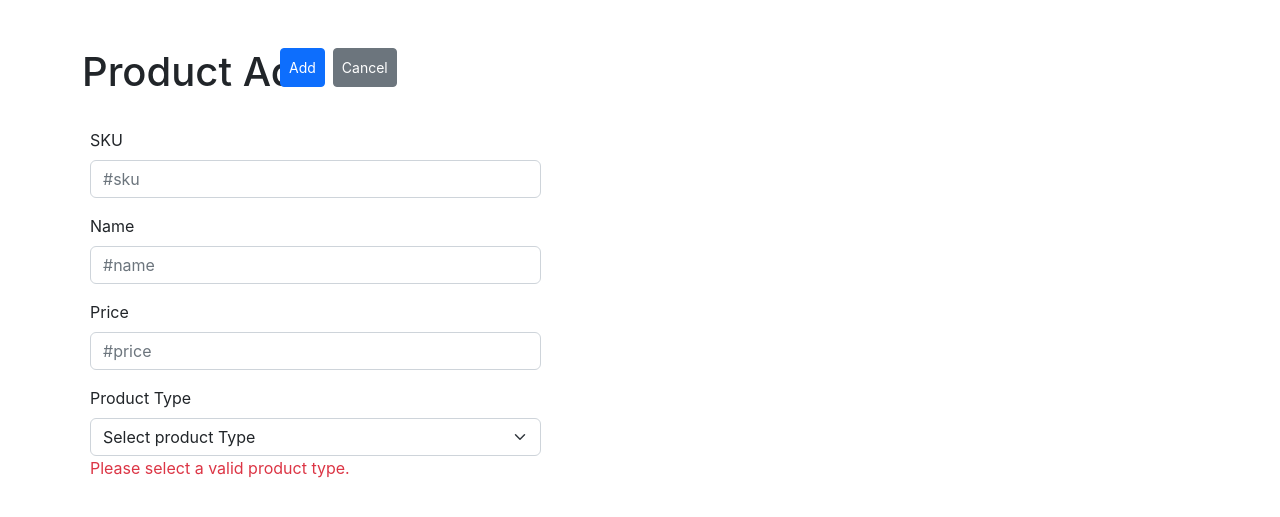
Repository: MagdyAbouelnasr/scandiweb_project
Page: /addproduct
An editor plug-in stored every save of this project. The page is shown before and after a run of saves, followed by the edit.
The browser window is 1280 px wide. The pictures show the whole page.
The project was rebuilt for these pictures with package versions that can differ from the ones it lists, and the page was loaded fresh each time. Also part of the build but not shown: src/App.css, src/components/Product/Product-style.scss, src/components/Product/Product.css, src/components/Pages/ProductList.jsx, src/components/ProductAdd/Book.component.jsx, src/components/ProductAdd/DVD.component.jsx, src/components/ProductAdd/Furniture.component.jsx, src/App.jsx.

Above is the page before, as saved 2023-05-09 01:20:10.

### public/index.html
<!DOCTYPE html>
<html lang="en">
  <head>
    <meta charset="utf-8" />
    <link rel="icon" href="%PUBLIC_URL%/favicon.ico" />
    <meta name="viewport" content="width=device-width, initial-scale=1" />
    <meta name="theme-color" content="#000000" />
    <meta
      name="description"
      content="Web site created using create-react-app"
    />
    <link rel="apple-touch-icon" href="%PUBLIC_URL%/logo192.png" />
    <!--
      manifest.json provides metadata used when your web app is installed on a
      user's mobile device or desktop. See https://developers.google.com/web/fundamentals/web-app-manifest/
    -->
    <link rel="manifest" href="%PUBLIC_URL%/manifest.json" />
    <!--
      Notice the use of %PUBLIC_URL% in the tags above.
      It will be replaced with the URL of the `public` folder during the build.
      Only files inside the `public` folder can be referenced from the HTML.

      Unlike "/favicon.ico" or "favicon.ico", "%PUBLIC_URL%/favicon.ico" will
      work correctly both with client-side routing and a non-root public URL.
      Learn how to configure a non-root public URL by running `npm run build`.
    -->
    <title>React App</title>
    <link
  rel="stylesheet"
  href="https://cdn.jsdelivr.net/npm/bootstrap@5.2.3/dist/css/bootstrap.min.css"
  integrity="sha384-rbsA2VBKQhggwzxH7pPCaAqO46MgnOM80zW1RWuH61DGLwZJEdK2Kadq2F9CUG65"
  crossorigin="anonymous"
/>
  </head>
  <body>
    <noscript>You need to enable JavaScript to run this app.</noscript>
    <div id="root"></div>
    <!--
      This HTML file is a template.
      If you open it directly in the browser, you will see an empty page.

      You can add webfonts, meta tags, or analytics to this file.
      The build step will place the bundled scripts into the <body> tag.

      To begin the development, run `npm start` or `yarn start`.
      To create a production bundle, use `npm run build` or `yarn build`.
    -->
  </body>
</html>

### src/index.js
import React from 'react';
import ReactDOM from 'react-dom/client';
import './index.scss';
import App from './App';
import {
  createBrowserRouter,
  RouterProvider,

} from "react-router-dom";
import ProductAdd from './components/Pages/ProductAdd';


const router = createBrowserRouter([
  {
    path: "/",
    element: <App />,
  },
  {
    path: "addproduct",
    element: <ProductAdd />,
  },
]);

const root = ReactDOM.createRoot(document.getElementById('root'));
root.render(
  <RouterProvider router={router} />
);

### src/index.scss
$background-default: #D5D5D5;


body {
  margin: 0;
  font-family: -apple-system, BlinkMacSystemFont, 'Segoe UI', 'Roboto', 'Oxygen',
    'Ubuntu', 'Cantarell', 'Fira Sans', 'Droid Sans', 'Helvetica Neue',
    sans-serif;
  -webkit-font-smoothing: antialiased;
  -moz-osx-font-smoothing: grayscale;
}

code {
  font-family: source-code-pro, Menlo, Monaco, Consolas, 'Courier New',
    monospace;
}

.fade-in {
  opacity: 0;
  transition: opacity 0.3s ease-in-out;
  &.fade-in-active {
    opacity: 1;
  }
}

### src/components/Pages/ProductAdd.jsx
// import { useNavigate } from 'react-router-dom';
// import { useState } from 'react';
// import Form from 'react-bootstrap/Form';
// import SelectProductType from '../ProductAdd/Selectcmp';
// import Button from 'react-bootstrap/Button';
// import axios from 'axios';

// function ProductAdd() {
//   const navigate = useNavigate();

//   const  [inputs , setInputs] = useState({});

//   const handleChange = (e) => {
//     const name = e.target.name;
//     const value = e.target.value;
//     setInputs(values => ({values, [name]: value}))
//   }
//   const handleSubmit = (e) => {
//     e.preventDefault();
//     axios.post('http://localhost:8000/addproduct', inputs).then((response)=>{
//       console.log(response.data);
//       navigate('/');
//     });

//     // console.log(inputs)
//   }



//   return (
//     <Form id="product_form" onSubmit={handleSubmit}>
//     <div className="container mt-5">
//       <div className="row">
//       <h1 className="page-header text-header col-md-8 text-start ">Product Add</h1>
//       <div className='col-4 float-end'>
//         <Button  type="submit" className='p-2 ms-2' variant="primary" size="sm">
//           Add
//         </Button>
//         <Button onClick={()=> navigate(-1)}  className='p-2 ms-2' variant="secondary" size="sm">
//           Cancel
//         </Button>
//       </div>
//       </div>
//     <br/>
//     <div className="row">

//     <div className="col-md-5 mx-2">
//       <Form.Group className="mb-3 mx-left" id="productInputSKU">
//         <Form.Label>SKU</Form.Label>
//         <Form.Control type="text" name="sku" placeholder="#sku" onChange={handleChange} />
//       </Form.Group>
//       <Form.Group className="mb-3" id="productInputName">
//         <Form.Label>Name</Form.Label>
//         <Form.Control type="text" name="name" placeholder="#name" onChange={handleChange} />
//       </Form.Group>
//       <Form.Group className="mb-3" id="productInputPrice">
//         <Form.Label>Price</Form.Label>
//         <Form.Control type="number" name="price" placeholder="#price" onChange={handleChange} />
//       </Form.Group>
//       <Form.Group className="mb-3" id="ProductType">
//       <Form.Label>Product Type</Form.Label>
//         <SelectProductType/>
//       </Form.Group>
//     </div>
//     </div>
//     </div>
//     </Form>
//   );
// }

// export default ProductAdd;
import { useNavigate } from 'react-router-dom';
import { useState } from 'react';
import Form from 'react-bootstrap/Form';
import SelectProductType from '../ProductAdd/Selectcmp';
import Button from 'react-bootstrap/Button';
import axios from 'axios';

function ProductAdd() {
  const navigate = useNavigate();

  const [inputs, setInputs] = useState({});
  const [errors, setErrors] = useState({});

  const handleChange = (e) => {
    console.log(e.target.value);
    console.log(e.target.name);
    const name = e.target.name;
    const value = e.target.value;

    setInputs((values) => ({ ...values, [name]: value }));
    validate()
    };

    // const handleRecievedData = (e) =>{
    //   const name = e.target.name;
    //   const value = e.target.value;
    //   setInputs((values) => ({ ...values, [name]: value }));
    //   console.log(e.name, e.value);
    // }

  // Form validation function
  const validate = () => {
    let newErrors = {};
    if (!inputs.sku) newErrors.sku = 'SKU is required';
    if (inputs.sku && inputs.sku.length > 9) newErrors.sku = 'SKU must be at most 9 characters';
    if (!inputs.name) newErrors.name = 'Name is required';
    if (inputs.price === undefined || inputs.price === '') newErrors.price = 'Price is required';
    if (inputs.price < 0) newErrors.price = 'Price cannot be negative';
    if (!inputs.product_attribute_value) newErrors.ProductType = 'please select a ProductType and provide a value';
    setErrors(newErrors);
    return Object.keys(newErrors).length === 0;
  };

  const handleSubmit = (e) => {
    e.preventDefault();
    if (validate()) {
      axios.post('http://localhost:8000/addproduct', inputs).then((response) => {
        console.log(response.data);
        navigate('/');
      });
    }
  };

  return (
    <Form id="product_form" onSubmit={handleSubmit}>
      <div className="container  mt-5">
        <div className="row position-relative">
          <h1 className="page-header text-header col-md-8 text-start ">Product Add</h1>
          <div className="col-4 float-end position-absolute end-50">
            <Button type="submit" className="p-2 ms-2" variant="primary" size="sm">
              Add
            </Button>
            <Button
              onClick={() => navigate(-1)}
              className="p-2 ms-2"
              variant="secondary"
              size="sm"
            >
              Cancel
            </Button>
          </div>
        </div>
        <br />
        <div className="row">
          <div className="col-md-5 mx-2">
            <Form.Group className="mb-3 mx-left" id="productInputSKU">
              <Form.Label>SKU</Form.Label>
              <Form.Control
                type="text"
                name="sku"
                maxLength="9"
                placeholder="#sku"
                onChange={handleChange}
                required
              />
              {errors.sku && <Form.Text className="text-danger">{errors.sku}</Form.Text>}
            </Form.Group>
            <Form.Group className="mb-3" id="productInputName">
              <Form.Label>Name</Form.Label>
              <Form.Control
                type="text"
                name="name"
                placeholder="#name"
                onChange={handleChange}
                required
              />
              {errors.name && <Form.Text className="text-danger">{errors.name}</Form.Text>}
            </Form.Group>
            <Form.Group className="mb-3" id="productInputPrice">
              <Form.Label>Price</Form.Label>
              <Form.Control
                type="number"
                name="price"
                step="0.01"
                min="0"
                placeholder="#price"
                onChange={handleChange}
                required
              />
              {errors.price && <Form.Text className="text-danger">{errors.price}</Form.Text>}
            </Form.Group>
            <Form.Group className="mb-3" id="ProductType">
              <Form.Label>Product Type</Form.Label>
              <SelectProductType onChange={handleChange}
                required
                name="ProductType"/>
              {errors.ProductType && <Form.Text className="text-danger">{errors.ProductType}</Form.Text>}

            </Form.Group >
          </div>
        </div>
      </div>
    </Form>
  );
}

export default ProductAdd;

### src/components/ProductAdd/Selectcmp.jsx
import React, { useState, useEffect } from "react";
import Form from "react-bootstrap/Form";
import BookComponent from "./Book.component";
import DVDComponent from "./DVD.component";
import FurnitureComponent from "./Furniture.component";

const SelectProductType = (props) => {


  const [type, setType] = useState("selectProductType");
  const [DVDVisible, setDVDVisibility] = useState(false);
  const [bookVisible, setBookVisibility] = useState(false);
  const [FurnitureVisible, setFurnitureVisibility] = useState(false);
  const [isValid, setIsValid] = useState(false);

  const getData = (e) => {
    props.onChange(e);
  };

  useEffect(() => {
    if (["DVD", "Book", "Furniture"].includes(type)) {
      setIsValid(true);
    } else {
      setIsValid(false);
    }
    setDVDVisibility(type === "DVD");
    setBookVisibility(type === "Book");
    setFurnitureVisibility(type === "Furniture");
  }, [type]);

  const handleOnChange = (e) => {
    setType(e.target.value);
    props.onChange(e);
  };

  const [weightData, setWeightData] = useState({});

  const handleWeightChange = (data) => {
    // setWeightData(data);
    // console.log(weightData, 'weight data');
    getData(data);
  };

  return (
    <>
      <Form.Group className="mb-3" id="productInputName">
        <Form.Select
          aria-label="select product type"
          value={type}
          onChange={handleOnChange}
          required
          name="product_type"
        >
          <option value="selectProductType">Select product Type</option>
          <option value="DVD">DVD</option>
          <option value="Book">Book</option>
          <option value="Furniture">Furniture</option>
        </Form.Select>
        {!isValid && (
          <p className="text-danger">
            Please select a valid product type.
          </p>
        )}
        <div>
          {bookVisible && <BookComponent onWeightChange={handleWeightChange} onChange={getData}/>}
          {DVDVisible && <DVDComponent />}
          {FurnitureVisible && <FurnitureComponent />}
        </div>
      </Form.Group>
    </>
  );
};

export default SelectProductType;

### src/components/Product/Product.jsx
import './Product-style.scss';
import './Product.css';
import * as React from 'react';
import Box from '@mui/material/Box';
import Card from '@mui/material/Card';
import CardActions from '@mui/material/CardActions';
import CardContent from '@mui/material/CardContent';
import Typography from '@mui/material/Typography';
import IconButton from '@mui/material/IconButton';
import CropSquareIcon from '@mui/icons-material/CropSquare';
import { useState } from 'react';


const bull = (
  <Box
  component="span"
  sx={{ display: 'inline-block', mx: '2px', transform: 'scale(0.8)' }}
  >
    •
  </Box>
);


const ProductCard = ({ id, sku, name, price, product_attribute, typeValue, selectedProducts }) => {
  const selectedProduct = () => {
    selectedProducts(id)
   }
  return (
    <>
      <CardContent>
        <CardActions>
          <IconButton aria-label="select to delete" className="delete-checkbox" onClick={selectedProduct}>
            <CropSquareIcon />
          </IconButton>
        </CardActions>
        <Typography sx={{ fontSize: 14 }} color="text.secondary" gutterBottom>
          SKU: {sku}
        </Typography>
        {bull}
        <Typography wrap="true" sx={{}} variant="h5" component="div" >
          {name}
        </Typography>
        {bull}
        <Typography sx={{ mb: 1.5 }} color="text.secondary">
          Price: {price}$
        </Typography>
        {bull}
        <Typography variant="body2">
          {product_attribute}: {typeValue} {console.log(product_attribute)}
        </Typography>
      </CardContent>
    </>
  );
};

const Product = ({ product , selectedProducts}) => {

  const selectedProductsDelete = (data) => {
    selectedProducts(data);
  }
// console.log(selectedProducts);
  return (
    <Box sx={{m:2, minWidth: 270, maxWidth: 270 }}>
      <Card variant="outlined">
        <ProductCard selectedProducts={selectedProductsDelete} id={product.id} sku={product.sku} name={product.name} price={product.price} product_attribute={product.product_attribute} typeValue={product.product_attribute_value} />
      </Card>
    </Box>
  );
};

export default Product;

After the next 2 saves:
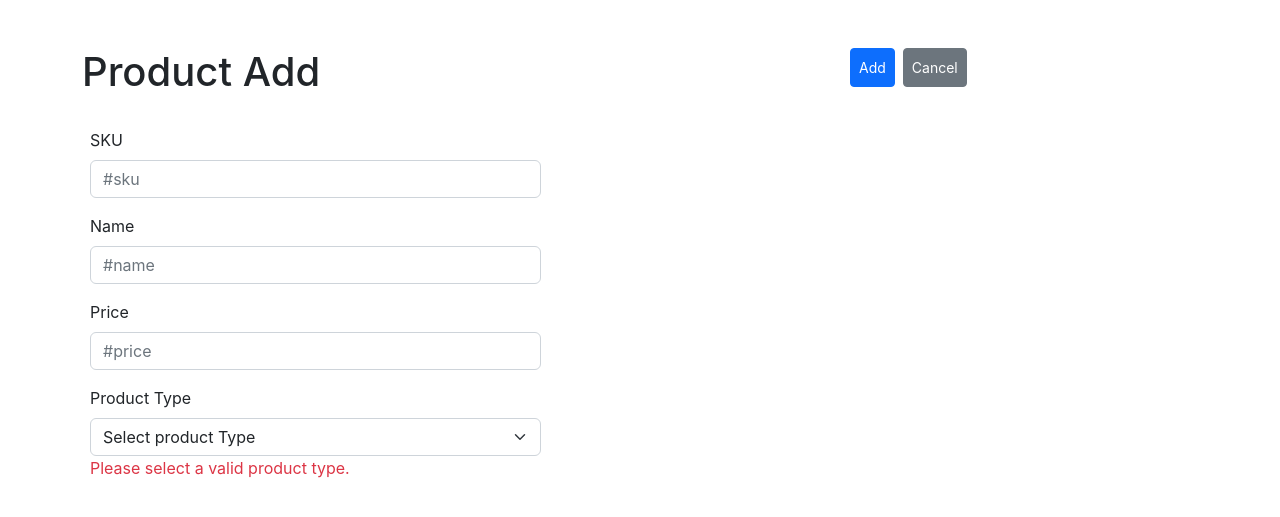
The 2 saves are shown as one change because they came seconds apart.
The last was saved 9 s later.
--- a/src/components/Pages/ProductAdd.jsx
+++ b/src/components/Pages/ProductAdd.jsx
@@ -127,7 +127,7 @@ function ProductAdd() {
       <div className="container  mt-5">
         <div className="row position-relative">
           <h1 className="page-header text-header col-md-8 text-start ">Product Add</h1>
-          <div className="col-4 float-end position-absolute end-50">
+          <div className="col-4 float-end position-absolute end-0">
             <Button type="submit" className="p-2 ms-2" variant="primary" size="sm">
               Add
             </Button>
